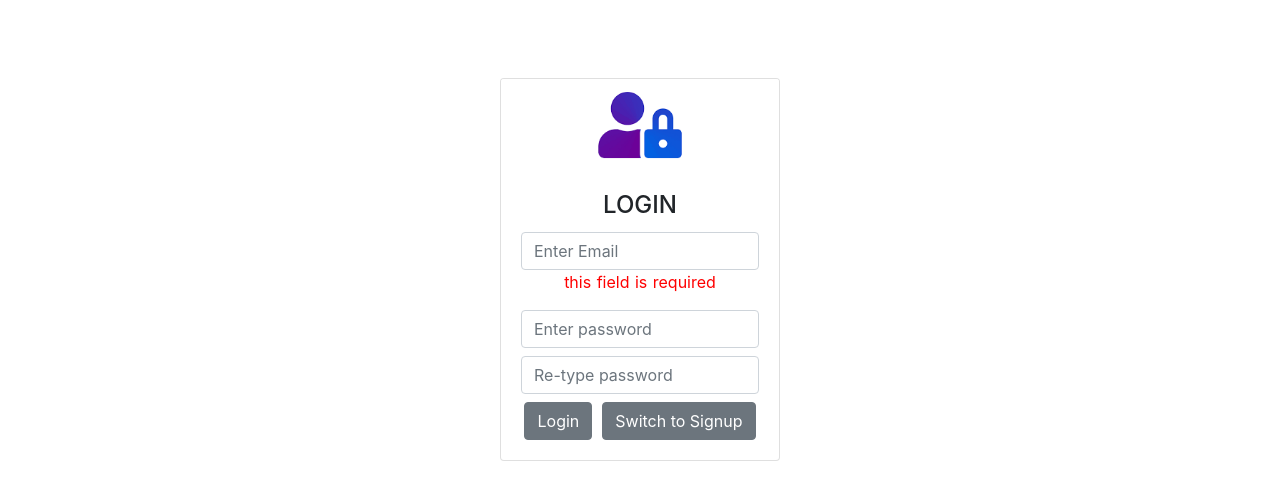
Repository: hosseinemami1370/iranicard
Page: /auth
These files come from the project's save history. The page is drawn as it stood at one moment and after the next save; the edit follows.
The browser window is 1280 px wide. The pictures show the whole page.
The project was rebuilt for these pictures with package versions that can differ from the ones it lists, and the page was loaded fresh each time. The framework's server and built-in components were replaced by stand-ins that run in the browser. Also part of the build but not shown: nuxt.config.js, components/Header.vue, components/Logo.vue, components/UI/AppButton.vue, components/navigation/Header.vue, layouts/error.vue, layouts/header.vue.

Above is the page before, as saved 2021-03-15 11:12:28.

After the next save:
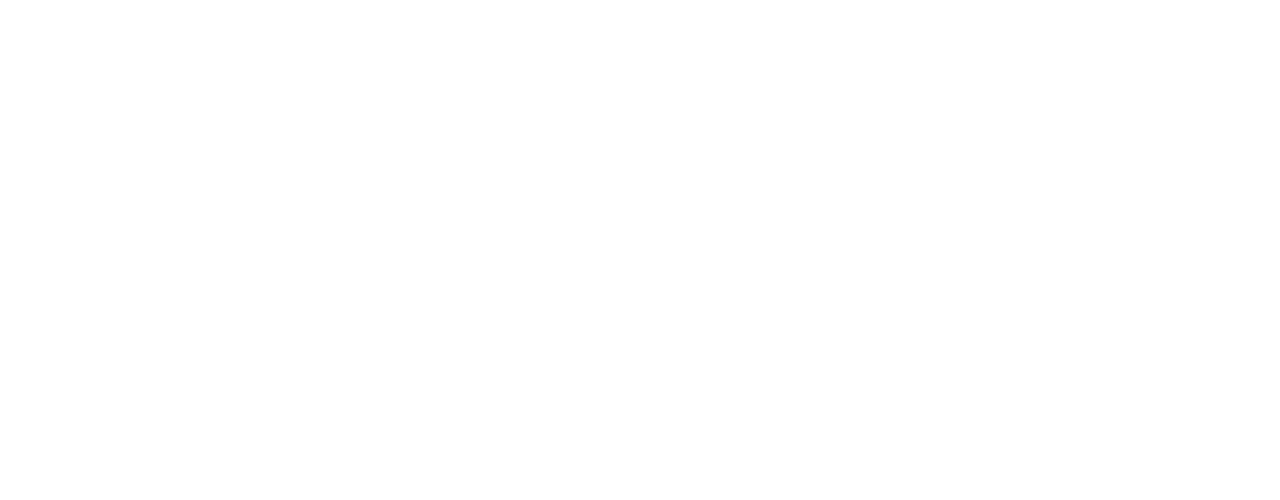
Saved 48 s later.
--- a/pages/auth/index.vue
+++ b/pages/auth/index.vue
@@ -41,9 +41,9 @@
 validations: {
 
      email: {
-       required,
-        minLength: minLength(6)
-     },
+      required,
+      email
+    },
    },
 
 methods:{

After the save that followed:
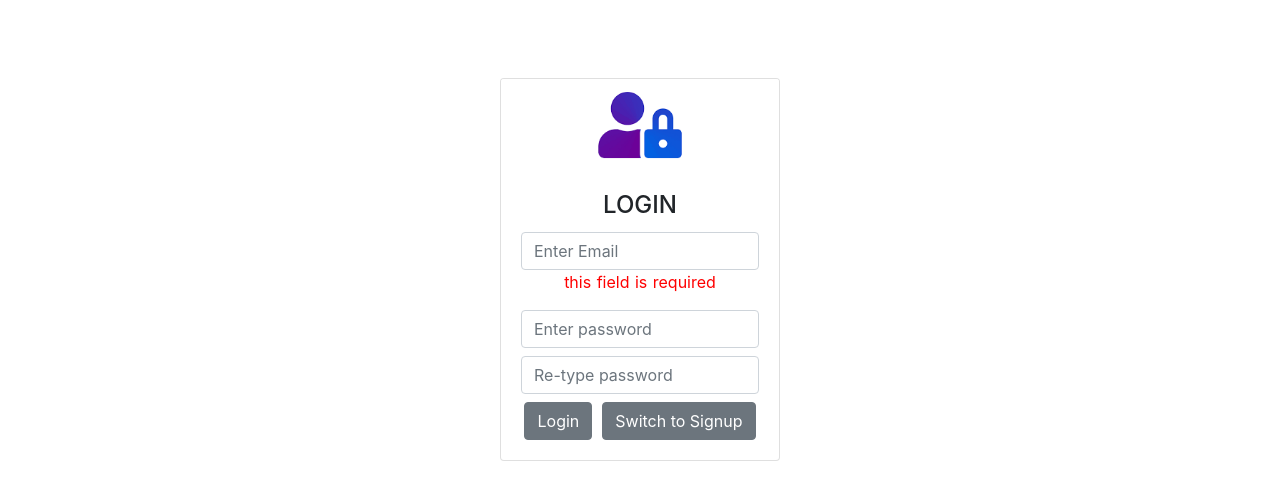
Saved 12 s later.
--- a/pages/auth/index.vue
+++ b/pages/auth/index.vue
@@ -41,9 +41,10 @@
 validations: {
 
      email: {
-      required,
-      email
-    },
+       required,
+        minLength: minLength(6),
+        email
+     },
    },
 
 methods:{
